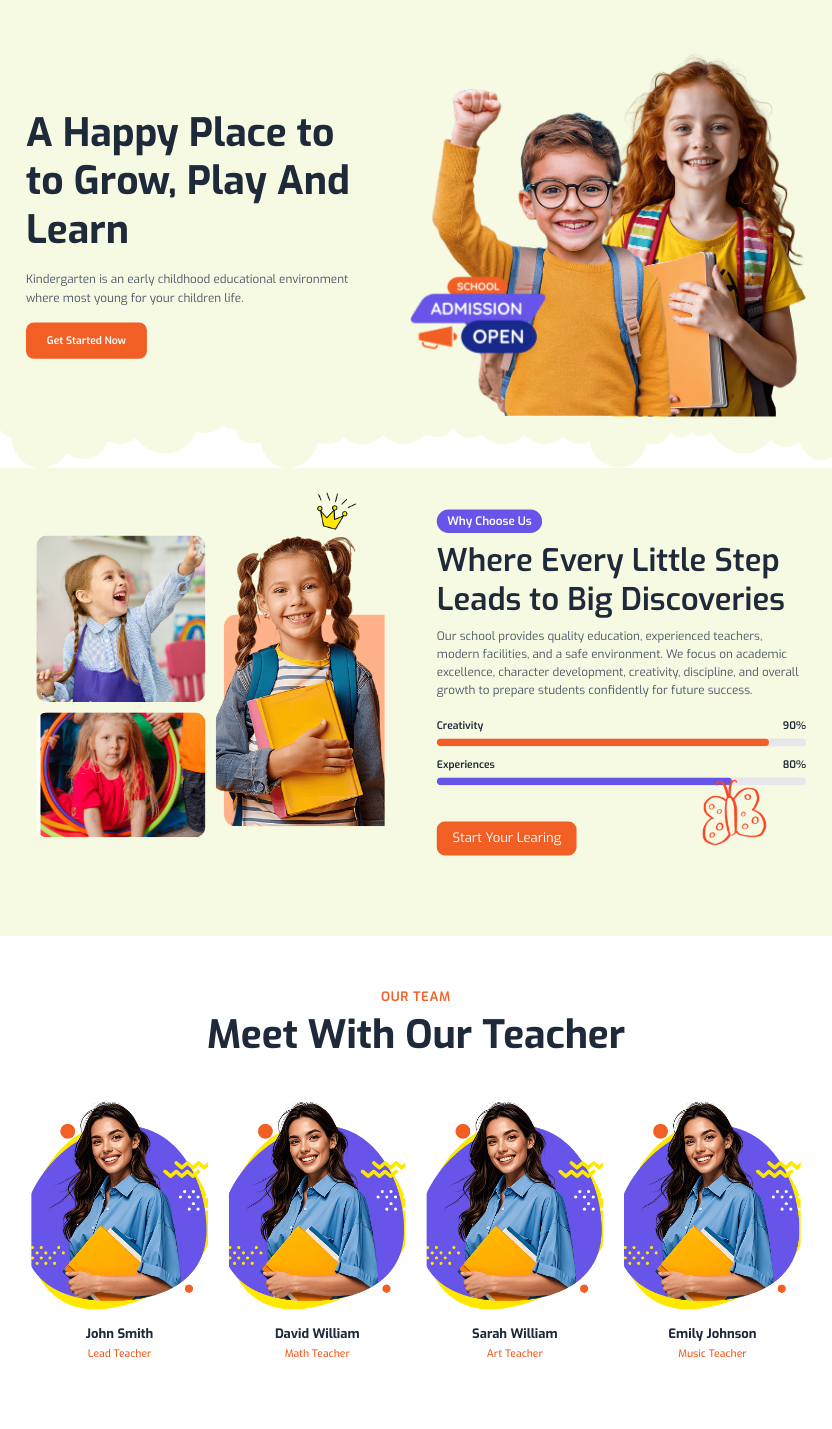
Repository: deepak445566/school
Page: / (app in okwork/)
An editor plug-in stored every save of this project. The page is shown before and after the next save, followed by the edit.
The browser window is 1280 px wide. The pictures show the whole page, at 65% of full size.
Some web fonts or font styles are not loaded; a fallback is used. The project was rebuilt for these pictures with package versions that can differ from the ones it lists, and the page was loaded fresh each time. Some packages were replaced by stand-ins written for this rebuild. Also part of the build but not shown: okwork/vite.config.js.

Above is the page before, as saved 2026-02-18 19:23:07.

After the next save:
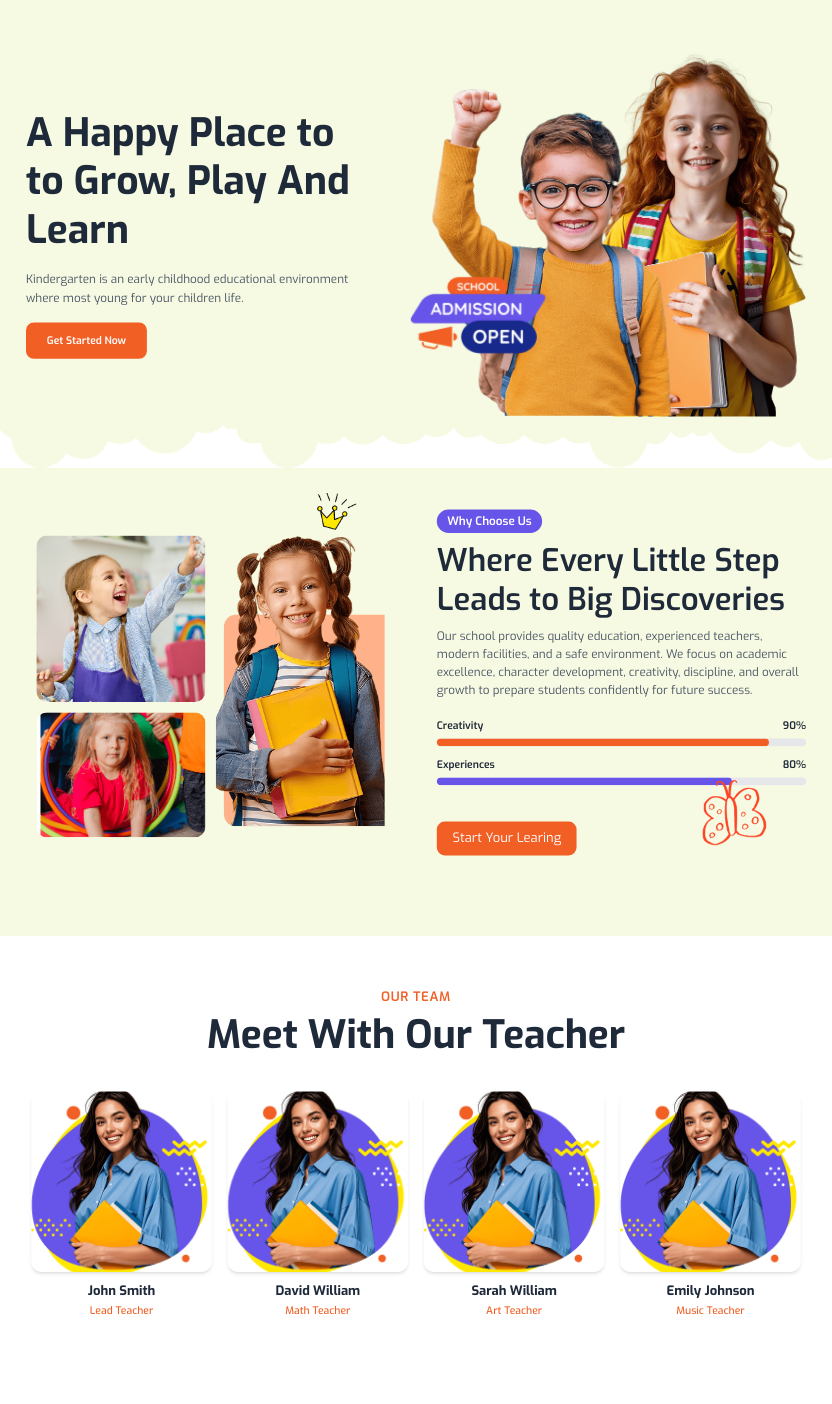
Saved 9 s later.
--- a/okwork/src/components/MeetOurTeachers.jsx
+++ b/okwork/src/components/MeetOurTeachers.jsx
@@ -4,73 +4,68 @@ const MeetOurTeachers = () => {
   const teachers = [
     {
       name: "John Smith",
-      image: "/images/team1.png", // Replace with your image path
+      image: "/images/team1.png",
       subject: "Lead Teacher"
     },
     {
       name: "David William",
-      image: "/images/team1.png", // Replace with your image path
+      image: "/images/team1.png",
       subject: "Math Teacher"
     },
     {
       name: "Sarah William",
-      image: "/images/team1.png", // Replace with your image path
+      image: "/images/team1.png",
       subject: "Art Teacher"
     },
     {
       name: "Emily Johnson",
-      image: "/images/team1.png", // Replace with your image path
+      image: "/images/team1.png",
       subject: "Music Teacher"
     }
   ];
 
   return (
     <>
-    <div className="min-h-screen bg-white overflow-hidden exo py-12 md:py-16 lg:py-20">
-      <div className="container mx-auto px-4 sm:px-6 md:px-8 lg:px-10 xl:px-12">
+    <div className="min-h-screen bg-white overflow-hidden exo py-8 sm:py-12 md:py-16 lg:py-20">
+      <div className="container mx-auto px-3 sm:px-4 md:px-6 lg:px-8 xl:px-12">
 
         {/* Header Section */}
-        <div className="text-center mb-10 md:mb-12 lg:mb-16">
-          <h2 className="text-[#F15F25] text-base sm:text-lg md:text-xl font-semibold uppercase tracking-wider mb-2">
+        <div className="text-center mb-6 sm:mb-8 md:mb-10 lg:mb-12">
+          <h2 className="text-[#F15F25] text-sm sm:text-base md:text-lg lg:text-xl font-semibold uppercase tracking-wider mb-1 sm:mb-2">
             Our Team
           </h2>
-          <h1 className="text-3xl sm:text-4xl md:text-5xl lg:text-6xl font-bold text-gray-800 leading-tight">
+          <h1 className="text-2xl sm:text-3xl md:text-4xl lg:text-5xl xl:text-6xl font-bold text-gray-800 leading-tight px-2">
             Meet With Our Teacher
           </h1>
         </div>
 
-        {/* Teachers Grid - 4 cards */}
-        <div className="grid grid-cols-1 sm:grid-cols-2 lg:grid-cols-4 gap-6 md:gap-8">
+        {/* Teachers Grid - Responsive grid */}
+        <div className="grid grid-cols-2 sm:grid-cols-2 lg:grid-cols-4 gap-3 sm:gap-4 md:gap-5 lg:gap-6">
           {teachers.map((teacher, index) => (
-            <div>
-            <div
-              key={index}
-              className="group relative bg-white rounded-2xl overflow-hidden transition-all duration-300 transform hover:-translate-y-2"
-            >
-              {/* Teacher Image */}
-              <div className="relative overflow-hidden h-64 sm:h-72 md:h-80">
-                <img
-                  src={teacher.image}
-                  alt={teacher.name}
-                  className="w-full h-full object-cover  transition-transform duration-500"
-                />
-                {/* Overlay on hover */}
-               </div>
+            <div key={index} className="flex flex-col">
+              {/* Teacher Image Container */}
+              <div className="group relative bg-white rounded-xl sm:rounded-2xl overflow-hidden shadow-md hover:shadow-xl transition-all duration-300">
+                <div className="relative overflow-hidden aspect-square">
+                  <img
+                    src={teacher.image}
+                    alt={teacher.name}
+                    className="w-full h-full object-cover hover:transition-y-5 duration-500"
+                  />
+                  {/* Light overlay on hover */}
+                  <div className="absolute inset-0 bg-black/0 group-hover:bg-black/10 transition-colors duration-300"></div>
+                </div>
+              </div>
 
-              {/* Teacher Info */}
-
-            </div>
-            <div className="p-4 md:p-6 text-center">
-                <h3 className="text-lg md:text-xl font-bold text-gray-800 mb-1">
+              {/* Teacher Info - Outside the card */}
+              <div className="text-center mt-2 sm:mt-3 md:mt-4 px-1">
+                <h3 className="text-sm sm:text-base md:text-lg lg:text-xl font-bold text-gray-800 mb-0.5 sm:mb-1">
                   {teacher.name}
                 </h3>
-                <p className="text-[#F15F25] text-sm md:text-base font-medium">
+                <p className="text-[#F15F25] text-xs sm:text-sm md:text-base font-medium">
                   {teacher.subject}
                 </p>
-
-
               </div>
-              </div>
+            </div>
           ))}
         </div>
       </div>
